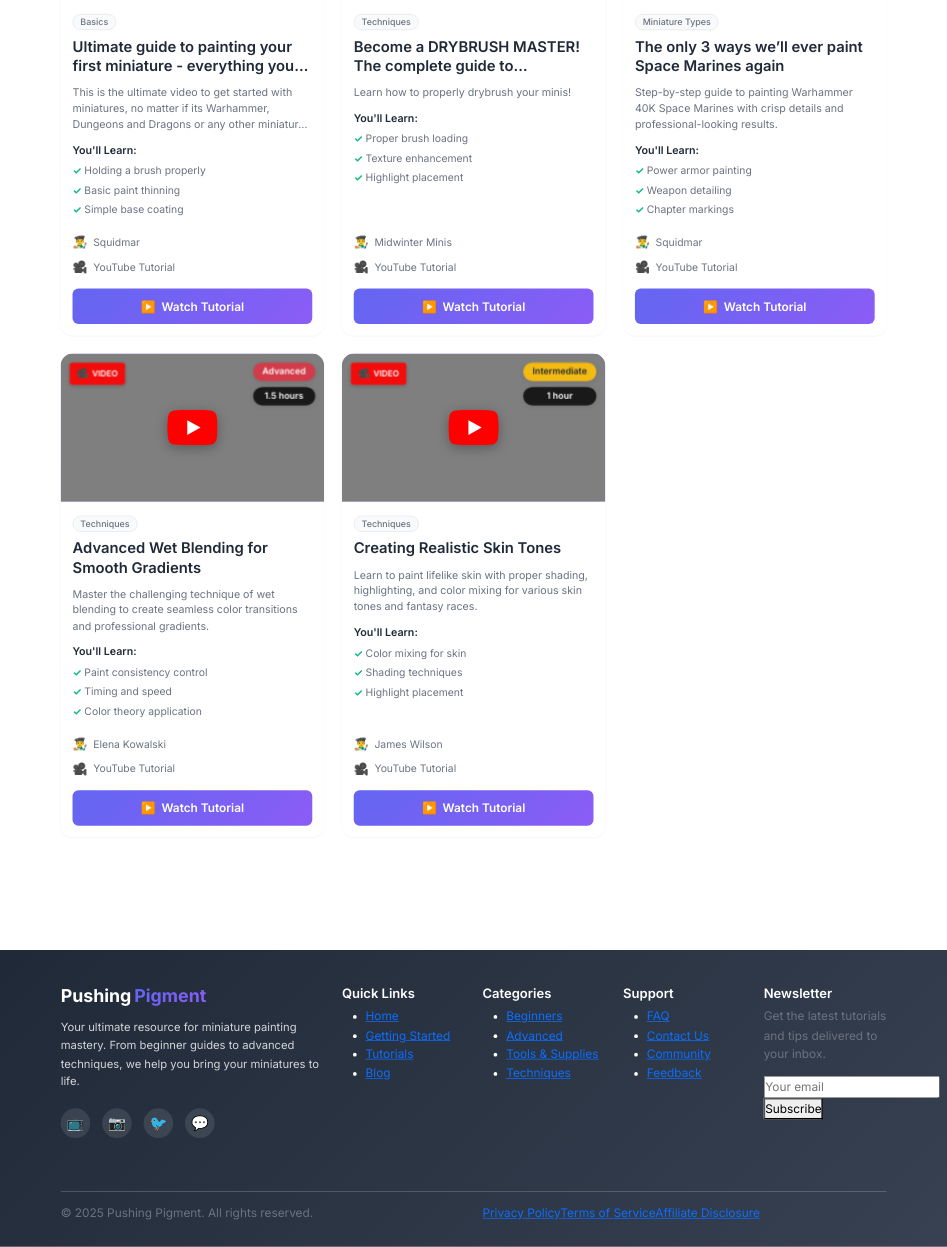
Repository: Aldentec/pushing-pigment-website
Page: /tutorials
An editor plug-in stored every save of this project. The page is shown before and after the next save, followed by the edit.
The browser window is 1280 px wide. The pictures show the part of the page from y = 866 to 2551 px (the page is 2551 px tall), at 74% of full size.
Pictures or frames that could not be fetched are drawn as grey boxes. The project was rebuilt for these pictures with package versions that can differ from the ones it lists, and the page was loaded fresh each time. Also part of the build but not shown: src/components/Hero/Hero.css, src/components/Hero/Hero.jsx, src/pages/Home/Home.css, src/pages/Home/Home.jsx, src/components/ProductCard/ProductCard.jsx, src/data/products.js, src/pages/Products/Products.jsx, src/data/tieredProducts.js and 3 more.

Above is the page before, as saved 2025-08-16 17:46:31.

### public/index.html
<!DOCTYPE html>
<html lang="en">
  <head>
    <meta charset="utf-8" />

    <!-- Basic Meta Tags -->
    <meta name="viewport" content="width=device-width, initial-scale=1" />
    <meta name="theme-color" content="#6366f1" />

    <!-- SEO Meta Tags -->
    <title>Pushing Pigment - Master Miniature Painting | Tutorials, Tools & Techniques</title>
    <meta name="description" content="Learn miniature painting with expert tutorials, essential tool guides, and step-by-step techniques. From beginner basics to advanced methods - your complete miniature painting resource." />
    <meta name="keywords" content="miniature painting, warhammer painting, mini painting tutorials, painting techniques, miniature paints, brushes, primer, tabletop gaming, model painting, acrylic paints" />
    <meta name="author" content="Pushing Pigment" />
    <meta name="robots" content="index, follow" />
    <link rel="canonical" href="https://pushingpigment.com" />

    <!-- Open Graph / Facebook -->
    <meta property="og:type" content="website" />
    <meta property="og:url" content="https://pushingpigment.com" />
    <meta property="og:title" content="Pushing Pigment - Master Miniature Painting | Tutorials & Tools" />
    <meta property="og:description" content="Learn miniature painting with expert tutorials, essential tool guides, and step-by-step techniques. From beginner basics to advanced methods." />
    <meta property="og:image" content="https://pushingpigment.com/og-image.jpg" />
    <meta property="og:site_name" content="Pushing Pigment" />
    <meta property="og:locale" content="en_US" />

    <!-- Twitter Card -->
    <meta property="twitter:card" content="summary_large_image" />
    <meta property="twitter:url" content="https://pushingpigment.com" />
    <meta property="twitter:title" content="Pushing Pigment - Master Miniature Painting" />
    <meta property="twitter:description" content="Learn miniature painting with expert tutorials, essential tool guides, and step-by-step techniques." />
    <meta property="twitter:image" content="https://pushingpigment.com/twitter-card.jpg" />
    <meta property="twitter:creator" content="@pushingpigment" />

    <!-- Additional SEO Tags -->
    <meta name="geo.region" content="US" />
    <meta name="geo.placename" content="United States" />
    <meta name="language" content="en-US" />
    <meta name="revisit-after" content="7 days" />
    <meta name="rating" content="general" />

    <!-- Favicons -->
    <link rel="icon" href="%PUBLIC_URL%/favicon.ico" />
    <link rel="apple-touch-icon" sizes="180x180" href="%PUBLIC_URL%/apple-touch-icon.png" />
    <link rel="icon" type="image/png" sizes="32x32" href="%PUBLIC_URL%/favicon-32x32.png" />
    <link rel="icon" type="image/png" sizes="16x16" href="%PUBLIC_URL%/favicon-16x16.png" />
    <link rel="manifest" href="%PUBLIC_URL%/site.webmanifest" />
    <link rel="mask-icon" href="%PUBLIC_URL%/safari-pinned-tab.svg" color="#6366f1" />
    <meta name="msapplication-TileColor" content="#6366f1" />
    <meta name="msapplication-config" content="%PUBLIC_URL%/browserconfig.xml" />

    <!-- Preconnect for Performance -->
    <link rel="preconnect" href="https://fonts.googleapis.com" />
    <link rel="preconnect" href="https://fonts.gstatic.com" crossorigin />
    <link rel="preconnect" href="https://www.amazon.com" />

    <!-- Google Fonts -->
    <link href="https://fonts.googleapis.com/css2?family=Inter:wght@300;400;500;600;700&display=swap" rel="stylesheet" />

    <!-- Structured Data / JSON-LD -->
    <script type="application/ld+json">
    {
      "@context": "https://schema.org",
      "@type": "WebSite",
      "name": "Pushing Pigment",
      "description": "Master miniature painting with expert tutorials, essential tool guides, and step-by-step techniques for all skill levels.",
      "url": "https://pushingpigment.com",
      "potentialAction": {
        "@type": "SearchAction",
        "target": {
          "@type": "EntryPoint",
          "urlTemplate": "https://pushingpigment.com/search?q={search_term_string}"
        },
        "query-input": "required name=search_term_string"
      },
      "publisher": {
        "@type": "Organization",
        "name": "Pushing Pigment",
        "url": "https://pushingpigment.com",
        "logo": {
          "@type": "ImageObject",
          "url": "https://pushingpigment.com/logo.png"
        },
        "sameAs": [
          "https://youtube.com/@pushingpigment",
          "https://instagram.com/pushingpigment",
          "https://twitter.com/pushingpigment"
        ]
      }
    }
    </script>

    <script type="application/ld+json">
    {
      "@context": "https://schema.org",
      "@type": "EducationalOrganization",
      "name": "Pushing Pigment",
      "description": "Educational resource for miniature painting techniques and tutorials",
      "url": "https://pushingpigment.com",
      "courseMode": "online",
      "educationalLevel": "Beginner to Advanced",
      "teaches": [
        "Miniature Painting",
        "Model Painting Techniques",
        "Acrylic Painting",
        "Brush Techniques",
        "Color Theory",
        "Weathering Effects"
      ]
    }
    </script>

    <!-- Amazon Associates Disclaimer -->
    <meta name="amazon-affiliate" content="true" />

    <!-- Performance Hints -->
    <link rel="dns-prefetch" href="//amazon.com" />
    <link rel="dns-prefetch" href="//images-amazon.com" />
    <link rel="dns-prefetch" href="//google-analytics.com" />

    <!-- Security Headers -->
    <meta http-equiv="X-Content-Type-Options" content="nosniff" />
    <meta http-equiv="X-Frame-Options" content="DENY" />
    <meta http-equiv="X-XSS-Protection" content="1; mode=block" />
    <meta name="referrer" content="strict-origin-when-cross-origin" />

    <!-- Google Analytics (Replace with your tracking ID) -->
    <!-- Global site tag (gtag.js) - Google Analytics -->
    <script async src="https://www.googletagmanager.com/gtag/js?id=GA_TRACKING_ID"></script>
    <script>
      window.dataLayer = window.dataLayer || [];
      function gtag(){dataLayer.push(arguments);}
      gtag('js', new Date());
      gtag('config', 'GA_TRACKING_ID');
    </script>

    <!-- Google Search Console Verification -->
    <meta name="google-site-verification" content="YOUR_VERIFICATION_CODE" />

    <!-- Bing Webmaster Tools Verification -->
    <meta name="msvalidate.01" content="YOUR_BING_VERIFICATION_CODE" />
  </head>
  <body>
    <noscript>
      <div style="text-align: center; padding: 50px; font-family: Arial, sans-serif;">
        <h1>JavaScript Required</h1>
        <p>You need to enable JavaScript to run this app and access all miniature painting tutorials and resources.</p>
        <p>Please enable JavaScript in your browser settings and reload the page.</p>
      </div>
    </noscript>

    <!-- Main App Container -->
    <div id="root"></div>

    <!-- Structured Data for Breadcrumbs -->
    <script type="application/ld+json">
    {
      "@context": "https://schema.org",
      "@type": "BreadcrumbList",
      "itemListElement": [
        {
          "@type": "ListItem",
          "position": 1,
          "name": "Home",
          "item": "https://pushingpigment.com"
        },
        {
          "@type": "ListItem",
          "position": 2,
          "name": "Getting Started",
          "item": "https://pushingpigment.com/products"
        },
        {
          "@type": "ListItem",
          "position": 3,
          "name": "Tutorials",
          "item": "https://pushingpigment.com/tutorials"
        }
      ]
    }
    </script>

    <!-- Service Worker Registration (Optional - for PWA features) -->
    <script>
      if ('serviceWorker' in navigator) {
        window.addEventListener('load', function() {
          navigator.serviceWorker.register('/sw.js')
            .then(function(registration) {
              console.log('SW registered: ', registration);
            })
            .catch(function(registrationError) {
              console.log('SW registration failed: ', registrationError);
            });
        });
      }
    </script>
  </body>
</html>

### src/App.jsx
import React from 'react';
import { BrowserRouter as Router, Routes, Route } from 'react-router-dom';
import 'bootstrap/dist/css/bootstrap.min.css';
import ScrollToTop from './components/ScrollToTop';
import './styles/global.css';
import './App.css';

// Components
import Navigation from './components/Navigation/Navigation';
import Footer from './components/Footer/Footer';

// Pages
import Home from './pages/Home/Home';
import Tutorials from './pages/Tutorials/Tutorials';
import Products from './pages/Products/Products';
import GettingStarted from './pages/GettingStarted/GettingStarted';

function App() {
  return (
    <Router>
      <ScrollToTop />
      <div className="App">
        <Navigation />
        <main>
          <Routes>
            <Route path="/" element={<Home />} />
            <Route path="/getting-started" element={<GettingStarted />} />
            <Route path="/products" element={<Products />} />
            <Route path="/tutorials" element={<Tutorials />} />
          </Routes>
        </main>
        <Footer />
      </div>
    </Router>
  );
}

export default App;

### src/App.css
/* App-specific styles */
.App {
  min-height: 100vh;
  display: flex;
  flex-direction: column;
}

main {
  flex: 1;
}

/* Global overrides for Bootstrap */
.btn:focus {
  box-shadow: none;
}

.btn-primary {
  background: var(--gradient-primary);
  border: none;
}

.btn-primary:hover,
.btn-primary:focus,
.btn-primary:active {
  background: var(--gradient-primary);
  filter: brightness(1.1);
  border: none;
}

.btn-outline-primary {
  border-color: var(--primary-color);
  color: var(--primary-color);
}

.btn-outline-primary:hover,
.btn-outline-primary:focus,
.btn-outline-primary:active {
  background: var(--primary-color);
  border-color: var(--primary-color);
  color: white;
}

/* Custom scrollbar */
::-webkit-scrollbar {
  width: 8px;
}

::-webkit-scrollbar-track {
  background: var(--bg-light);
}

::-webkit-scrollbar-thumb {
  background: var(--primary-color);
  border-radius: 4px;
}

::-webkit-scrollbar-thumb:hover {
  background: var(--secondary-color);
}

/* Smooth scrolling */
html {
  scroll-behavior: smooth;
}

/* Focus styles for accessibility */
*:focus {
  outline: 2px solid var(--primary-color);
  outline-offset: 2px;
}

.btn:focus,
.form-control:focus,
.form-select:focus {
  outline: none;
  box-shadow: 0 0 0 0.2rem rgba(99, 102, 241, 0.25);
}

### src/components/Navigation/Navigation.css
.custom-navbar {
  background: rgba(255, 255, 255, 0.95);
  backdrop-filter: blur(10px);
  border-bottom: 1px solid rgba(229, 231, 235, 0.3);
  transition: all 0.3s ease;
  padding: 1rem 0;
}

.custom-navbar.scrolled {
  background: rgba(255, 255, 255, 0.98);
  box-shadow: 0 4px 20px rgba(0, 0, 0, 0.1);
  padding: 0.5rem 0;
}

.brand-logo {
  font-size: 1.8rem;
  font-weight: 700;
  text-decoration: none;
  display: flex;
  align-items: center;
  gap: 0.75rem;
  transition: all 0.3s ease;
}

.brand-logo:hover {
  text-decoration: none;
  transform: scale(1.02);
}

/* Logo container with fallback logic */
.logo-container {
  position: relative;
  width: 40px;
  height: 40px;
  display: flex;
  align-items: center;
  justify-content: center;
}

.navbar-logo {
  height: 40px;
  width: auto;
  max-width: 40px;
  object-fit: contain;
  transition: all 0.3s ease;
  position: absolute;
  top: 0;
  left: 0;
}

.custom-navbar.scrolled .navbar-logo {
  height: 35px;
}

.custom-navbar.scrolled .logo-container {
  width: 35px;
  height: 35px;
}

/* Fallback paintbrush icon */
.paintbrush-icon-fallback {
  font-size: 1.8rem;
  line-height: 1;
  position: absolute;
  top: 50%;
  left: 50%;
  transform: translate(-50%, -50%);
  z-index: -1; /* Behind the image, shows only if image fails */
}

.custom-navbar.scrolled .paintbrush-icon-fallback {
  font-size: 1.6rem;
}

/* If you want to force show only the emoji (for testing) */
.logo-container.force-emoji .navbar-logo {
  display: none !important;
}

.logo-container.force-emoji .paintbrush-icon-fallback {
  z-index: 1;
}

.brand-text-container {
  display: flex;
  flex-direction: row;
  align-items: center;
  gap: 0.25rem;
}

.brand-text {
  color: var(--text-dark);
}

.brand-accent {
  background: var(--gradient-primary);
  -webkit-background-clip: text;
  -webkit-text-fill-color: transparent;
  background-clip: text;
}

.navbar-nav .nav-link {
  font-weight: 500;
  color: var(--text-dark) !important;
  margin: 0 0.5rem;
  padding: 0.5rem 1rem !important;
  border-radius: 8px;
  transition: all 0.3s ease;
  position: relative;
}

.navbar-nav .nav-link:hover {
  color: var(--primary-color) !important;
  background: var(--bg-light);
}

.navbar-nav .nav-link.active {
  color: var(--primary-color) !important;
  background: var(--bg-light);
}

.navbar-nav .nav-link.active::after {
  content: '';
  position: absolute;
  bottom: -2px;
  left: 50%;
  transform: translateX(-50%);
  width: 20px;
  height: 3px;
  background: var(--gradient-primary);
  border-radius: 2px;
}

.navbar-toggler {
  border: none;
  padding: 0.25rem 0.5rem;
}

.navbar-toggler:focus {
  box-shadow: none;
}

.navbar-toggler-icon {
  background-image: url("data:[embedded picture, 228 characters]");
}

@media (max-width: 991px) {
  .custom-navbar {
    padding: 0.75rem 0;
  }

  .navbar-nav .nav-link {
    margin: 0.25rem 0;
    text-align: center;
  }

  .navbar-nav .nav-link.active::after {
    display: none;
  }

  .logo-container {
    width: 35px;
    height: 35px;
  }

  .navbar-logo {
    height: 35px;
  }

  .paintbrush-icon-fallback {
    font-size: 1.6rem;
  }

  .brand-text-container {
    flex-direction: column;
    gap: 0;
    line-height: 1;
  }

  .brand-text, .brand-accent {
    font-size: 0.9rem;
  }
}

### src/components/Footer/Footer.css
.site-footer {
  background: linear-gradient(135deg, var(--text-dark) 0%, #374151 100%);
  color: white;
  padding: 3rem 0 1rem;
  margin-top: 4rem;
}

.footer-section {
  margin-bottom: 2rem;
}

.footer-brand {
  font-size: 1.5rem;
  font-weight: 700;
  margin-bottom: 1rem;
  display: flex;
  align-items: center;
}

.footer-brand .brand-text {
  color: white;
  margin-right: 0.25rem;
}

.footer-brand .brand-accent {
  background: var(--gradient-primary);
  -webkit-background-clip: text;
  -webkit-text-fill-color: transparent;
  background-clip: text;
}

.footer-description {
  color: rgba(255, 255, 255, 0.8);
  line-height: 1.6;
  margin-bottom: 1.5rem;
  font-size: 0.95rem;
}

.social-links {
  display: flex;
  gap: 1rem;
}

.social-link {
  display: inline-flex;
  align-items: center;
  justify-content: center;
  width: 40px;
  height: 40px;
  background: rgba(255, 255, 255, 0.1);
  border-radius: 50%;
  color: white;
  text-decoration: none;
  font-size: 1.2rem;
  transition: all 0.3s ease;
}

### src/data/tutorials.js
// src/data/tutorials.js
// Tutorial data with YouTube integration - replace URLs with your actual videos

export const tutorialData = [
  {
    id: 1,
    title: "Ultimate guide to painting your first miniature - everything you need to know ",
    description: "This is the ultimate video to get started with miniatures, no matter if its Warhammer, Dungeons and Dragons or any other miniature based hobby like 3D printing. We go through everything from picking the right miniature, building your first miniature as well as the three most common ways of painting miniatures.",
    category: "Basics",
    difficulty: "Beginner",
    duration: "43 min",
    instructor: "Squidmar",
    icon: "🎯",
    skills: [
      "Holding a brush properly",
      "Basic paint thinning",
      "Simple base coating",
    ],
    youtubeUrl: "https://www.youtube.com/watch?v=S7-At4qVC84&t=2429s",
    link: "#tutorial-1" // Fallback link if YouTube URL doesn't work
  },
  {
    id: 2,
    title: "Become a DRYBRUSH MASTER! The complete guide to drybrushing minis ",
    description: "Learn how to properly drybrush your minis!",
    category: "Techniques",
    difficulty: "Beginner",
    duration: "26 min",
    instructor: "Midwinter Minis",
    icon: "🖌️",
    skills: [
      "Proper brush loading",
      "Texture enhancement",
      "Highlight placement",
      "Edge highlighting"
    ],
    youtubeUrl: "https://www.youtube.com/watch?v=LtD1kyz5slk&t=922s",
    link: "#tutorial-2"
  },
  {
    id: 3,
    title: "The only 3 ways we’ll ever paint Space Marines again ",
    description: "Step-by-step guide to painting Warhammer 40K Space Marines with crisp details and professional-looking results.",
    category: "Miniature Types",
    difficulty: "Intermediate",
    duration: "17 min",
    instructor: "Squidmar",
    icon: "⚔️",
    skills: [
      "Power armor painting",
      "Weapon detailing",
      "Chapter markings",
      "Battle damage effects"
    ],
    youtubeUrl: "https://www.youtube.com/watch?v=sxgJUp5A8f0", // Replace with your actual YouTube video
    link: "#tutorial-3"
  },
  {
    id: 4,
    title: "Advanced Wet Blending for Smooth Gradients",
    description: "Master the challenging technique of wet blending to create seamless color transitions and professional gradients.",
    category: "Techniques",
    difficulty: "Advanced",
    duration: "1.5 hours",
    instructor: "Elena Kowalski",
    icon: "🌈",
    skills: [
      "Paint consistency control",
      "Timing and speed",
      "Color theory application",
      "Gradient smoothing"
    ],
    youtubeUrl: "https://www.youtube.com/watch?v=dQw4w9WgXcQ", // Replace with your actual YouTube video
    link: "#tutorial-4"
  },
  {
    id: 5,
    title: "Creating Realistic Skin Tones",
    description: "Learn to paint lifelike skin with proper shading, highlighting, and color mixing for various skin tones and fantasy races.",
    category: "Techniques",
    difficulty: "Intermediate",
    duration: "1 hour",
    instructor: "James Wilson",
    icon: "👤",
    skills: [
      "Color mixing for skin",
      "Shading techniques",
      "Highlight placement",
      "Fantasy skin variations"
    ],
    youtubeUrl: "https://www.youtube.com/watch?v=dQw4w9WgXcQ", // Replace with your actual YouTube video
    link: "#tutorial-5"
  }
];

// Helper functions for filtering
export const getTutorialsByDifficulty = (difficulty) => {
  return tutorialData.filter(tutorial => tutorial.difficulty === difficulty);
};

export const getTutorialsByCategory = (category) => {
  return tutorialData.filter(tutorial => tutorial.category === category);
};

export const getPopularTutorials = () => {
  return tutorialData.filter(tutorial => tutorial.rating >= 4.5).sort((a, b) => b.rating - a.rating);
};

export const getBeginnerTutorials = () => {
  return getTutorialsByDifficulty('Beginner');
};

### src/pages/Products/Products.css
.products-page {
  padding-top: 80px;
}

.products-hero {
  background: var(--bg-light);
  padding: 4rem 0;
  margin-bottom: 3rem;
}

.products-title {
  font-size: 3rem;
  font-weight: 700;
  margin-bottom: 1.5rem;
  color: var(--text-dark);
}

.products-description {
  font-size: 1.25rem;
  color: var(--text-light);
  line-height: 1.6;
  margin: 0;
}

.products-content {
  padding-bottom: 4rem;
}

.filter-title {
  font-size: 1rem;
  font-weight: 600;
  color: var(--text-dark);
  margin-bottom: 0.75rem;
}

.category-filters {
  margin-bottom: 1rem;
}

.category-buttons {
  display: flex;
  flex-wrap: wrap;
  gap: 0.5rem;
}

.category-btn {
  border-radius: 20px;
  font-size: 0.875rem;
  font-weight: 500;
  padding: 0.5rem 1rem;
  transition: all 0.3s ease;
}

.category-btn:hover {
  transform: translateY(-1px);
}

.sort-controls {
  display: flex;
  flex-direction: column;
}

.sort-select {
  border-radius: 8px;
  border: 1px solid var(--border-color);
  padding: 0.5rem 0.75rem;
  font-size: 0.9rem;
}

.sort-select:focus {
  border-color: var(--primary-color);
  box-shadow: 0 0 0 0.2rem rgba(99, 102, 241, 0.25);
}

.results-summary {
  margin-bottom: 1rem;
}

.results-badge {
  font-size: 0.875rem;
  padding: 0.6rem 1.2rem;
  border-radius: 20px;
  background: var(--bg-light) !important;
  color: var(--text-light) !important;
  border: 1px solid var(--border-color);
}

.no-products {
  text-align: center;
  padding: 3rem 1rem;
}

.no-products-icon {
  font-size: 4rem;
  margin-bottom: 1rem;
  opacity: 0.5;
}

.no-products h4 {
  color: var(--text-dark);
  margin-bottom: 0.5rem;
}

.no-products p {
  margin-bottom: 2rem;
}

/* Animation for product cards */
.products-page .product-card {
  animation: fadeInUp 0.6s ease-out;
}

/* Responsive Design */
@media (max-width: 992px) {
  .products-title {
    font-size: 2.5rem;
  }

  .products-description {
    font-size: 1.1rem;
  }

  .category-filters {
    margin-bottom: 2rem;
  }

  .sort-controls {
    margin-top: 1rem;
  }
}

@media (max-width: 768px) {
  .products-hero {
    padding: 3rem 0;
  }

  .products-title {
    font-size: 2rem;
  }

  .products-description {
    font-size: 1rem;
  }

  .category-buttons {
    justify-content: center;
  }

  .no-products-icon {
    font-size: 3rem;
  }
}

Loaded but not shown: src/index.tsx (common file); src/index.css (common file); src/reportWebVitals.ts (common file); src/components/ScrollToTop.js (common file); src/pages/Tutorials/Tutorials.jsx (304 lines, source omitted); src/components/GettingStarted/GettingStarted.css (688 lines, source omitted); src/pages/Tutorials/Tutorials.css (470 lines, source omitted); src/components/ProductCard/ProductCard.css (347 lines, source omitted); src/components/Footer/Footer.jsx (118 lines, source omitted); src/styles/global.css (170 lines, source omitted); src/components/Navigation/Navigation.jsx (115 lines, source omitted)

After the next save:
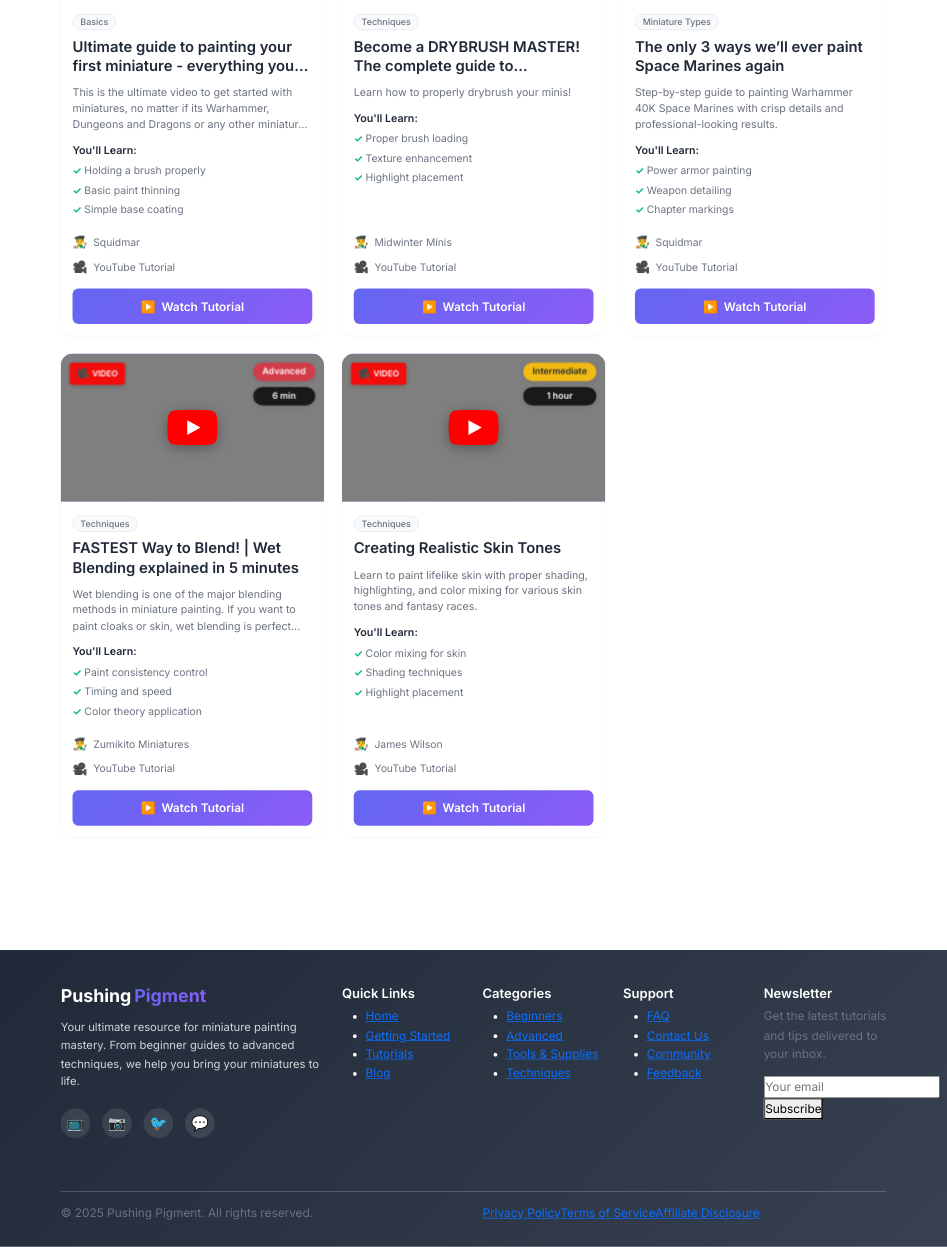
Saved 89 s later.
--- a/src/data/tutorials.js
+++ b/src/data/tutorials.js
@@ -57,12 +57,12 @@
   },
   {
     id: 4,
-    title: "Advanced Wet Blending for Smooth Gradients",
-    description: "Master the challenging technique of wet blending to create seamless color transitions and professional gradients.",
+    title: "FASTEST Way to Blend! | Wet Blending explained in 5 minutes",
+    description: "Wet blending is one of the major blending methods in miniature painting. If you want to paint cloaks or skin, wet blending is perfect solution! Of course you can go ahead and use it on space marine armor, but natural surfaces are the best for wet blending.",
     category: "Techniques",
     difficulty: "Advanced",
-    duration: "1.5 hours",
-    instructor: "Elena Kowalski",
+    duration: "6 min",
+    instructor: "Zumikito Miniatures",
     icon: "🌈",
     skills: [
       "Paint consistency control",
@@ -70,7 +70,7 @@
       "Color theory application",
       "Gradient smoothing"
     ],
-    youtubeUrl: "https://www.youtube.com/watch?v=dQw4w9WgXcQ", // Replace with your actual YouTube video
+    youtubeUrl: "https://www.youtube.com/watch?v=uqFnsbE1Mr4", // Replace with your actual YouTube video
     link: "#tutorial-4"
   },
   {
